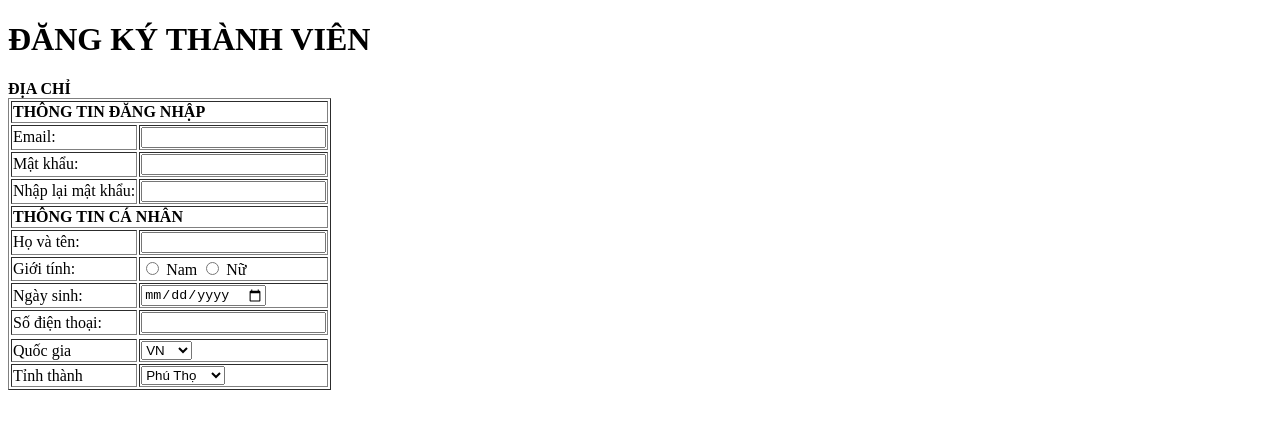
Repository: PhiKhongHoang/JSP-Servlet
Page: Bai2_HTML/src/main/webapp/register.html
An editor plug-in stored every save of this project. The page is shown before and after the next save, followed by the edit.
The browser window is 1280 px wide. The pictures show the whole page.

Above is the page before, as saved 2024-02-16 09:53:11.

### Bai2_HTML/src/main/webapp/register.html
<!DOCTYPE html>
<html>
<head>
<meta charset="UTF-8">
<title>Đăng ký</title>
</head>
<body>
	<h1>ĐĂNG KÝ THÀNH VIÊN</h1>
	<table border="1">
		<tbody>
			<tr>
				<td colspan="2"><b>THÔNG TIN ĐĂNG NHẬP</b></td>
			</tr>
			<tr>
				<td>Email:</td>
				 <td><input type="email" name="email" id="idEmail"></td>
			</tr>
			<tr>
				<td>Mật khẩu:</td>
				 <td><input type="password" name="password" id="idPassword"></td>
			</tr>
			<tr>
				<td>Nhập lại mật khẩu:</td>
				 <td><input type="password" name="re_password" id="idRe_Password"></td>
			</tr>

			<tr>
				<td colspan="2"><b>THÔNG TIN CÁ NHÂN</b></td>
			</tr>
			<tr>
				<td>Họ và tên:</td>
				<td><input type="text" name="name" id="idName"></td>
			</tr>
			<tr>
				<td>Giới tính:</td>
				<td>
					<input type="radio" name="gioiTinh" id="idGioiTinhM" value="M">
						<label for="idGioiTinhM">Nam</label>
					<input type="radio" name="gioiTinh" id="idGioiTinhF" value="F">
						<label for="idGioiTinhF">Nữ</label>
				</td>
			</tr>
			<tr>
				<td>Ngày sinh:</td>
				<td><input type="date" name="ngaySinh" id="idNgaySinh"></td>
			</tr>
			<tr>
				<td>Số điện thoại:</td>
				<td><input type="tel" name="soDienThoai" id="idSoDienThoai"></td>
			</tr>

			<tr colspan="2"><b>ĐỊA CHỈ</b></tr>
			<tr>
				<td>Quốc gia</td>
				<td>
					<select name="quocGia" id="idQuocGia">
						<option value="vn">VN</option>
						<option value="lao">Lào</option>
						<option value="cpc">CPC</option>
					</select>
				</td>
			</tr>
			<tr>
				<td>Tỉnh thành</td>
				<td>
					<select name="tinhThanh" id="idTinhThanh">
						<option value="pt">Phú Thọ</option>
						<option value="hn">Hà Nội</option>
						<option value="vp">Vĩnh Phúc</option>
					</select>
				</td>
			</tr>
		</tbody>
	</table>
</body>
</html>

After the next save:
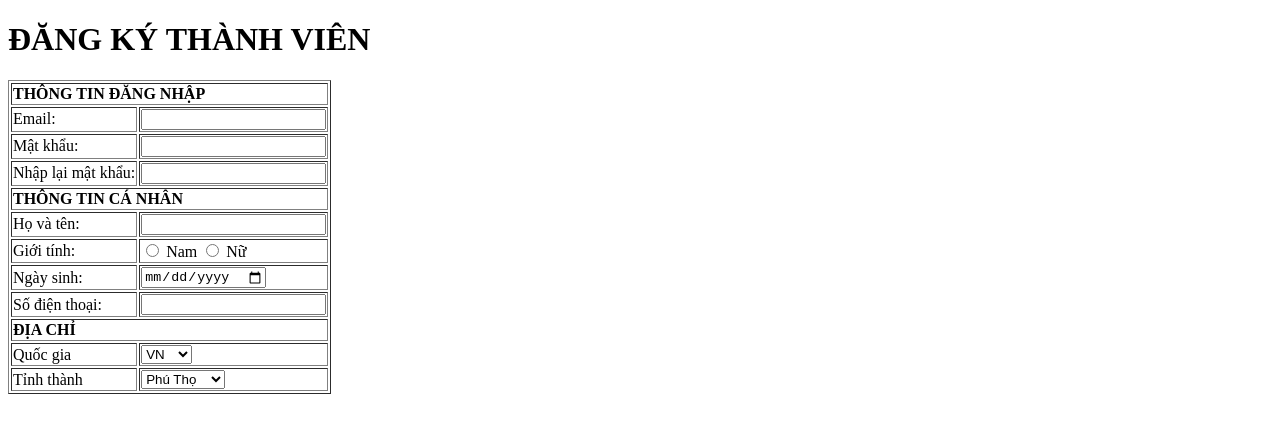
Saved 86 s later.
--- a/Bai2_HTML/src/main/webapp/register.html
+++ b/Bai2_HTML/src/main/webapp/register.html
@@ -49,7 +49,9 @@
 				<td><input type="tel" name="soDienThoai" id="idSoDienThoai"></td>
 			</tr>
 
-			<tr colspan="2"><b>ĐỊA CHỈ</b></tr>
+			<tr>
+				<td colspan="2"><b>ĐỊA CHỈ</b></td>
+			</tr>
 			<tr>
 				<td>Quốc gia</td>
 				<td>
